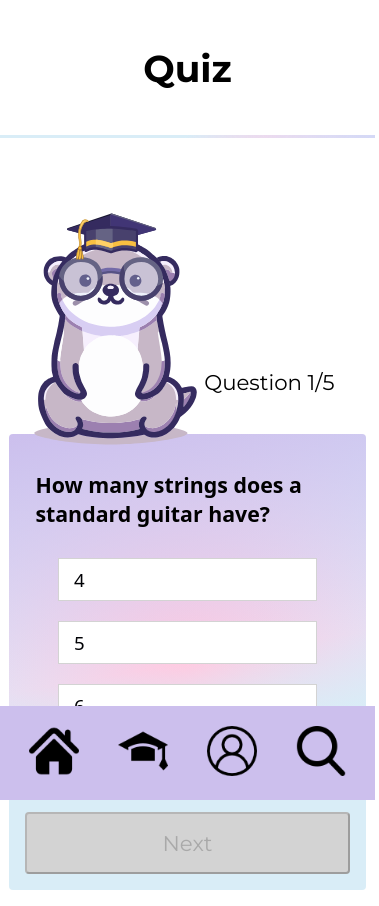
Repository: 1medi/pocketprof
Page: /quiz/page
These files come from the project's save history. The page is drawn as it stood at one moment and after the next save; the edit follows.
The browser window is 375 px wide. The page is 379 px wide, so the pictures cover 379 px, including what lies to the right of the window. The pictures show the whole page.
The project was rebuilt for these pictures with package versions that can differ from the ones it lists, and the page was loaded fresh each time. The framework's server and built-in components were replaced by stand-ins that run in the browser. Also part of the build but not shown: next.config.mjs, Components/Buttons/Oscar/Oscar.module.css, Components/Buttons/Oscar/index.js.

Above is the page before, as saved 2024-04-13 23:18:24.

After the next save:
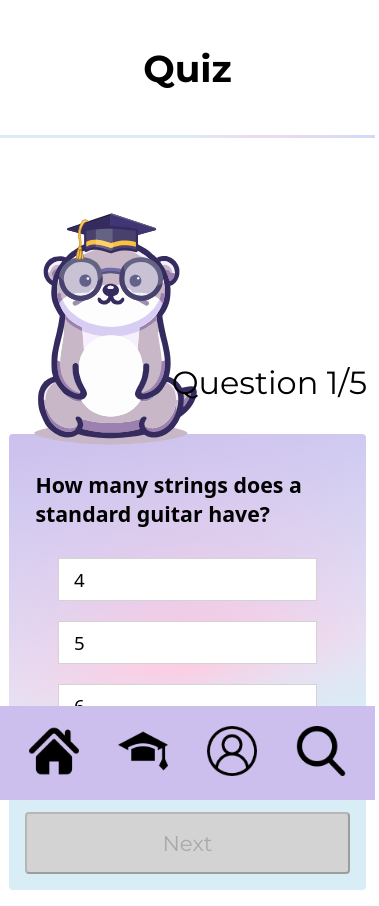
Saved 39 s later.
--- a/pages/quiz/page.module.css
+++ b/pages/quiz/page.module.css
@@ -89,6 +89,7 @@
   text-align: center;
   padding:10px;
   font-family: var(--headings);
+  font-size: var(--font-sub-header)
 }
 
 .itemHover:hover {
